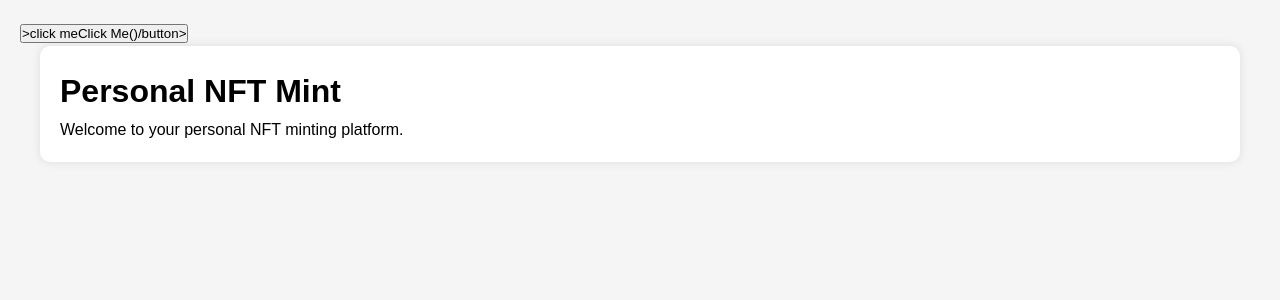
Repository: Ch3fC0d3/-MACT6340
Page: index.html
The author's editor kept a copy of each file at every save. The page is drawn from the files as they stood at one save, then again after a run of saves.
The browser window is 1280 px wide. The pictures show the whole page.

Above is the page before, as saved 2025-01-15 10:00:14.

After the next 2 saves:
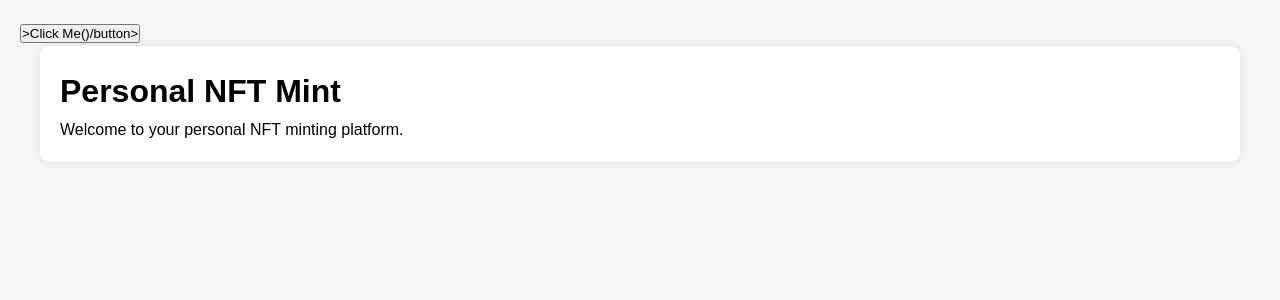
The 2 saves are shown as one change because they came seconds apart.
The last was saved 12 s later.
--- a/index.html
+++ b/index.html
@@ -11,7 +11,7 @@
     <link rel="stylesheet" href="./CSS/style.css">
 </head>
 <body>
-    <button id="TestButton">>click me</bu/button>Click Me()/button>
+    <button id="TestButton">>Click Me()/button>
     <script type="module" src="./js/index.js"></script>
 </body>
 </html>
